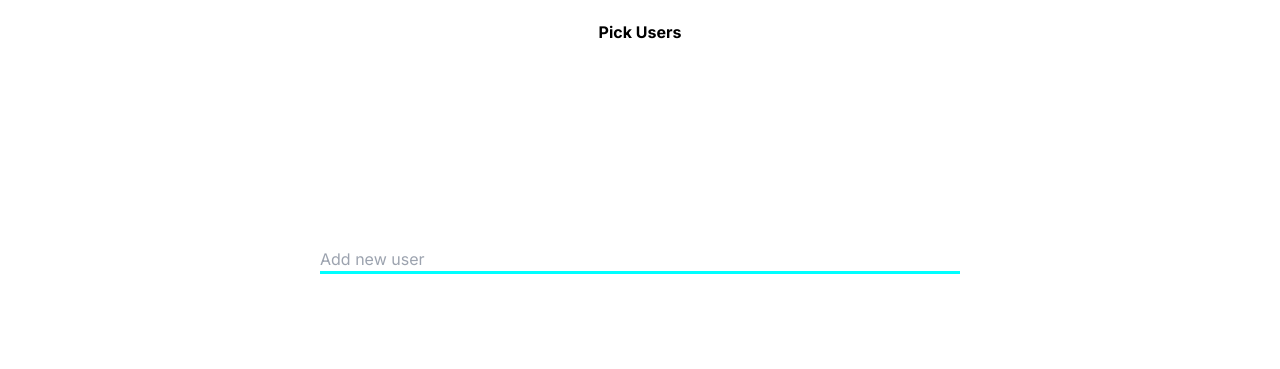
Repository: drumsmanku/chip-app
Page: /
The author's editor kept a copy of each file at every save. The page is drawn from the files as they stood at one save, then again after the next save.
The browser window is 1280 px wide. The pictures show the whole page.
The project was rebuilt for these pictures with package versions that can differ from the ones it lists, and the page was loaded fresh each time. The framework's server and built-in components were replaced by stand-ins that run in the browser. Also part of the build but not shown: next.config.js, components/Chip/Chip.module.css, components/Chip/Chip.tsx.

Above is the page before, as saved 2024-01-16 23:18:27.

### app/page.tsx
import Image from 'next/image'
import HomePage from '@/pages/HomePage'

export default function Home() {
  return (
    <main className="flex h-[100vh]  flex-col items-center  bg-white text-black">
      <HomePage/>
    </main>
  )
}

### pages/HomePage.tsx
import React from 'react';
import ChipInput from '@/components/ChipInput/ChipInput';


const HomePage: React.FC = () => {
  const availableSuggestions = ["Alice", "Bob", "Charlie", "Dave"];
  const availableEmails = ["alice@gmail.com", "bob@gmail.com", "charlie@gmail.com", "dave@gmail.com"];
  return (
    <div className=' w-[100%] h-[100%] text-center '>
      <h1 className='mt-5 font-bold'>Pick Users</h1>
      <ChipInput availableSuggestions={availableSuggestions} availableEmails={availableEmails}/>
    </div>
  );
};

export default HomePage;

### components/ChipInput/ChipInput.tsx
"use client";
import React, { useState } from 'react';
import Chip from '../Chip/Chip';
import styles from './ChipInput.module.css';

interface ChipInputProps {
  availableSuggestions: string[];
  availableEmails: string[];
}

const ChipInput: React.FC<ChipInputProps> = ({ availableSuggestions, availableEmails }) => {
  const [chips, setChips] = useState<string[]>([]);
  const [input, setInput] = useState('');
  const [filteredSuggestions, setFilteredSuggestions] = useState<string[]>(availableSuggestions);
  const [highlightedChipIndex, setHighlightedChipIndex] = useState<number | null>(null);
  const [isInputFocused, setInputFocused] = useState(false);
  const [isSelectingSuggestion, setSelectingSuggestion] = useState(false);


  const handleInputChange = (e: React.ChangeEvent<HTMLInputElement>) => {
    const value = e.target.value;
    setInput(value);
    setFilteredSuggestions(availableSuggestions.filter(s => s.toLowerCase().includes(value.toLowerCase()) && !chips.includes(s)));
    setHighlightedChipIndex(null);
  };

  const handleDeleteChip = (chipToDelete: string) => {
    setChips(chips.filter(chip => chip !== chipToDelete));
    setFilteredSuggestions([chipToDelete, ...filteredSuggestions]);

  };

  const handleSelectSuggestion = (suggestion: string) => {
    if (!chips.includes(suggestion)) {
      setChips([...chips, suggestion]);
      setInput('');
      setFilteredSuggestions(filteredSuggestions.filter(s => s !== suggestion));
      setHighlightedChipIndex(null);
    }
  };

  const handleKeyDown = (e: React.KeyboardEvent) => {
    if (e.key === 'Backspace' && input === '') {
      if (highlightedChipIndex === null) {
        setHighlightedChipIndex(chips.length - 1);
      } else if (highlightedChipIndex === chips.length - 1) {
        const chipToRemove = chips[highlightedChipIndex];
        handleDeleteChip(chipToRemove);
      }
    }
  };

  return (
    <div className={styles.chipInput}>
      <div className={styles.chipContainer}>
        {chips.map((chip, index) => (
          <Chip
            key={index}
            label={chip}
            onDelete={() => handleDeleteChip(chip)}
            isHighlighted={index === highlightedChipIndex}
          />
        ))}
        <div>

        </div>
        <input
          type="text"
          className={styles.input}
          value={input}
          onChange={handleInputChange}
          onKeyDown={handleKeyDown}
          placeholder='Add new user'
          onFocus={() => {
            setInputFocused(true);
            setFilteredSuggestions(
              availableSuggestions.filter(s =>
                s.toLowerCase().includes(input.toLowerCase()) && !chips.includes(s)
              )
            );
          }}
          onBlur={() => {
            // Only hide suggestions if a suggestion is not currently being selected.
            if (!isSelectingSuggestion) {
              setInputFocused(false);
            }
            setHighlightedChipIndex(null);
          }}
        />


      </div>
      {isInputFocused && filteredSuggestions.length > 0 && (
        <div className={styles.suggestions}>
          {filteredSuggestions.map((suggestion, index) => (
            <div
            key={index}
            className={styles.suggestionItem}
            onMouseDown={() => {
              setSelectingSuggestion(true); // Set this before focusing the input
            }}
            onClick={() => {
              handleSelectSuggestion(suggestion);
              setInputFocused(true);
              setSelectingSuggestion(false); // Reset after the suggestion is selected
            }}
          >
            {suggestion}

          </div>

          ))}
        </div>
      )}

    </div>
  );
};

export default ChipInput;

### components/ChipInput/ChipInput.module.css
.chipInput{
  color: black;
  height: 60%;
  width: 100%;
  display: flex;
  flex-direction: column;
  justify-content: center;
  align-items: center;
}

.chipContainer{
  width: 50%;

  display: flex;
  justify-content: flex-start;
  align-items: center;
  border-bottom: 3px solid cyan;
}

.input{
  outline: none;
  border-top: none;
  border-left: none;
  border-right: none;

  width: 50%;
}

.suggestions{

  height: 40%;
  margin: 0 auto;
  background-color: white;
  border-radius: 8px;
  z-index: 1;
  box-shadow: 0px 0px 10px #DEDEDE;
  transition: 0.5s;
  width:  30%;
  overflow: auto;


}
.suggestionItem{
  height: 15%;
  display: flex;
  flex-direction: column;
  justify-content: center;
  align-items: flex-start;
}
.suggestionItem:hover{
  background-color: #DEDEDE;
}

Loaded but not shown: app/layout.tsx (common file); app/globals.css (common file); tailwind.config.ts (common file)

After the next save:
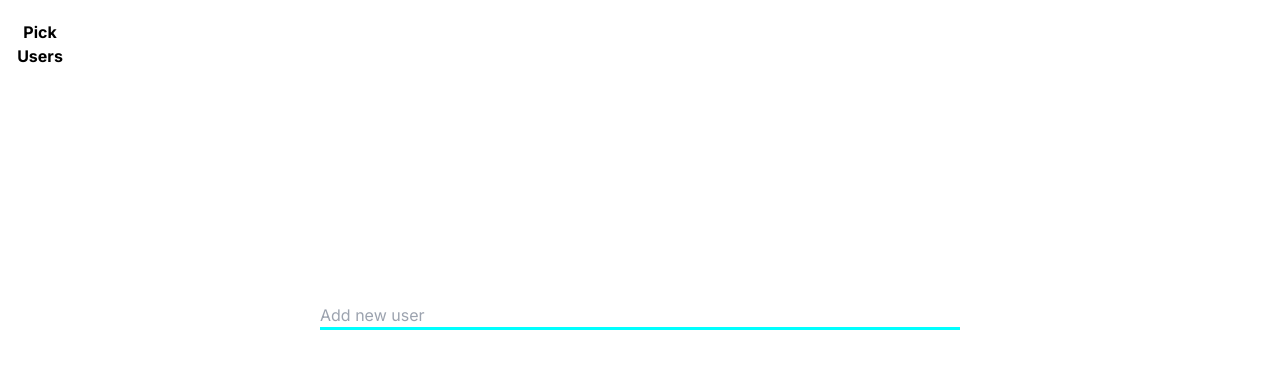
Saved 27 s later.
--- a/pages/HomePage.tsx
+++ b/pages/HomePage.tsx
@@ -7,7 +7,7 @@
   const availableEmails = ["alice@gmail.com", "bob@gmail.com", "charlie@gmail.com", "dave@gmail.com"];
   return (
     <div className=' w-[100%] h-[100%] text-center '>
-      <h1 className='mt-5 font-bold'>Pick Users</h1>
+      <h1 className='mt-5 font-bold size-20'>Pick Users</h1>
       <ChipInput availableSuggestions={availableSuggestions} availableEmails={availableEmails}/>
     </div>
   );

After the save that followed:
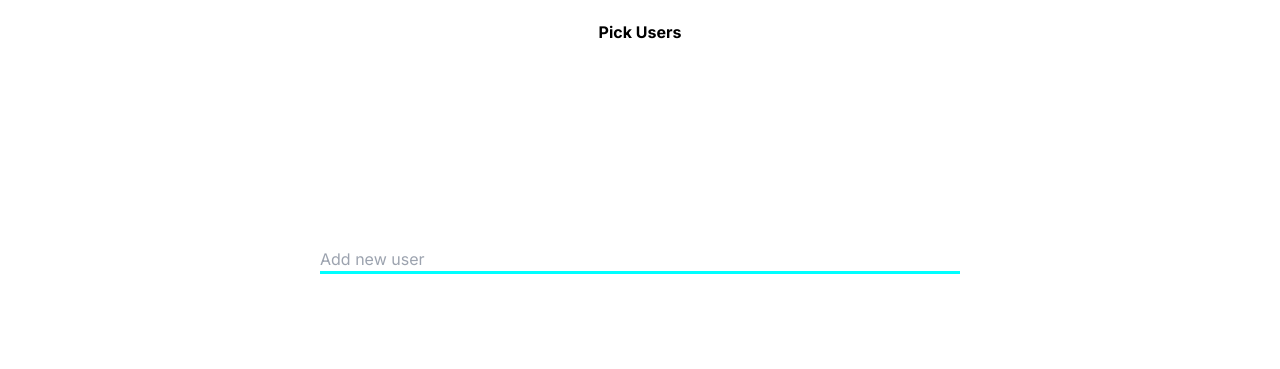
Saved 13 s later.
--- a/pages/HomePage.tsx
+++ b/pages/HomePage.tsx
@@ -7,7 +7,7 @@
   const availableEmails = ["alice@gmail.com", "bob@gmail.com", "charlie@gmail.com", "dave@gmail.com"];
   return (
     <div className=' w-[100%] h-[100%] text-center '>
-      <h1 className='mt-5 font-bold size-20'>Pick Users</h1>
+      <h1 className='mt-5 font-bold '>Pick Users</h1>
       <ChipInput availableSuggestions={availableSuggestions} availableEmails={availableEmails}/>
     </div>
   );
